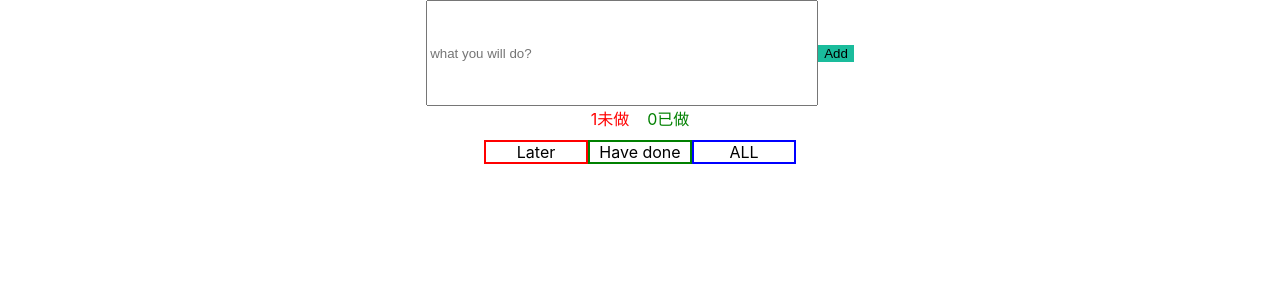
Repository: yurensmile/todolist
Page: /, after clicking the first element matching `button`
These files come from the project's save history. The page is drawn as it stood at one moment and after the next save; the edit follows.
The browser window is 1280 px wide. The pictures show the whole page.
The project was rebuilt for these pictures with package versions that can differ from the ones it lists, and the page was loaded fresh each time. Also part of the build but not shown: src/All.js, src/HaveDone.js.

Above is the page before, as saved 2019-03-20 17:03:20.

### src/App.js
import React, { Component } from 'react';
import Todos from './Todos'
import './App.css';

class App extends Component {

  constructor() {
    super();
    this.state={
      inputValue: '',
      laters: [],
      havedones: [],
      checked: false,
      id: 1
    };
    this.updateHavedone = this.updateHavedone.bind(this);
    this.updateLaters = this.updateLaters.bind(this);
  }

  handleOnClick() {
    this.setState(state =>{
      const laters = state.laters.concat(state.inputValue);

      return {
        laters,
        inputValue: ""
      }
    })
    console.log(this.state.all);
  }
  updateInputValue(e) {
    this.setState({
      inputValue: e.target.value
    })
  }

// 点击了三栏内容
  contentOnclick(e) {
    let choice = e.target.innerHTML;
    this.setState((preState)=>{
      switch(choice){
        case "Later": return {id: 1};
        case "Have done": return {id: 2};
        case "ALL": return {id: 3};
        default: return {id:1};
      }
    })
  }

 // 如果todo中的某个被点击，则在todo中删除，并添加到havedone中
  updateHavedone(index, item){
    this.setState(state => {
      let n = state.laters.indexOf(item);
      let tem = state.laters.slice();
      tem.splice(n, 1);
      let havedones = state.havedones.concat(item);
      return ({
        havedones,
        laters: tem
      })
    })
  }

// 如果havedone中的某个被点击，则在havedone中删除，并添加到later中
  updateLaters(index, item){
    console.log("this is updatelaters");
    this.setState(state => {
      let n = state.havedones.indexOf(item);
      let tem = state.havedones.slice();
      tem.splice(n, 1);
      let laters = state.laters.concat(item);
      return({
        laters,
        havedones: tem
      })
    })
  }

  render() {
    return (
      <div className="App">
        <input type="text" placeholder="what you will do?" name="todo" value={this.state.inputValue} onChange={this.updateInputValue.bind(this)}/>
        <button onClick={this.handleOnClick.bind(this)}>Add</button><br/>
        <span style={{color: "red"}}>{this.state.laters.length}未做&nbsp;&nbsp;&nbsp;&nbsp;</span>
        <span style={{color: "green"}}>{this.state.havedones.length}已做</span>
        <div id="content" onClick={this.contentOnclick.bind(this)}>
          <div className="choice later">Later</div>
          <div className="choice havedone" >Have done</div>
          <div className="choice all">ALL</div>
        </div>
        {/* 列表内容 */}
        <Todos
          id={this.state.id}
          laters={this.state.laters}
          havedones={this.state.havedones}
          all={this.state.all}
          updateHavedones={this.updateHavedone}
          updateLaters={this.updateLaters}
        />
      </div>
    );
  }
}

export default App;

### src/Todos.js
import React, { Component } from 'react';
import All from './All'
import HaveDone from './HaveDone'
import Later from './Later'

class Todos extends Component{

  render(){
    return(
      <div>
        {
          (()=>{
            switch(this.props.id){
              case 1: return <Later laters={this.props.laters}
                                  updateHavedones={this.props.updateHavedones}
                                  />;
              case 2: return <HaveDone havedones={this.props.havedones}
                                  updateLaters={this.props.updateLaters}
                                  />;
              case 3: return <All laters={this.props.laters} havedones={this.props.havedones}/>
              default: console.log("sofunny");
            }

          })()}
      </div>
    )
  }
}
export default Todos;

### src/App.css
.App {
  text-align: center;
}

input[type="checkbox"]{
  visibility: hidden;
}

ul{
  list-style-type: none;
}
li{
  display: inline-block;
  width: 100px;
  height: 40px;
  line-height: 30px;
  height: 30px;
  margin-bottom: 4px;
}
.choice{
  margin-top: 10px;
  display: inline-block;
  width: 100px;
  text-align: center;
  border:2px solid rgb(197, 193, 193);
}
.later{
  border-color: red;
}
.havedone{
  border-color: green;
}
.all{
  border-color: blue;
}

.toggle{
  display: inline-block;
}
.App-link {
  color: #61dafb;
}
input[type="text" ]{
  width: 30%;
  height: 100px;
}

button{
  background-color: rgba(26, 188, 156,1.0);
  border: 0px;
}

### src/Later.js
import React, { Component } from 'react';

class Later extends Component{
  constructor(props){
    super(props);
    this.state = {
      checked: false,
    };
  }

  // 点击了todo 列表的内容
  handleTodoOnclick(checked, index, item, e){
    // if e.target is not text
        // let box = e.target.previousSibling;
        this.setState((preState)=>{
          return {checked: !preState.checked}
        });
        if(checked){
          // thing to later
          // box.checked = false;
        }else{
          // thing to have done
          // box.checked = true;
  //如果later中的某个被点击，则在later中删除，并添加到havedone中
          this.props.updateHavedones(index, item);
        }
      }
  render(){
    return (
      <ul>
        {this.props.laters.map((item, index)=>{
          return (
            <div onClick={
              this.handleTodoOnclick.bind(this, this.state.checked, index, item)
              }>
              <input className="toggle" type="checkbox"/>
              <li style={{color: "red"}} key={index}>{item}</li>
            </div>
          )
        })}
      </ul>
    )
  }
}

export default Later;

Loaded but not shown: public/index.html (common file); src/index.js (common file); src/index.css (common file); src/serviceWorker.js (common file)

After the next save:
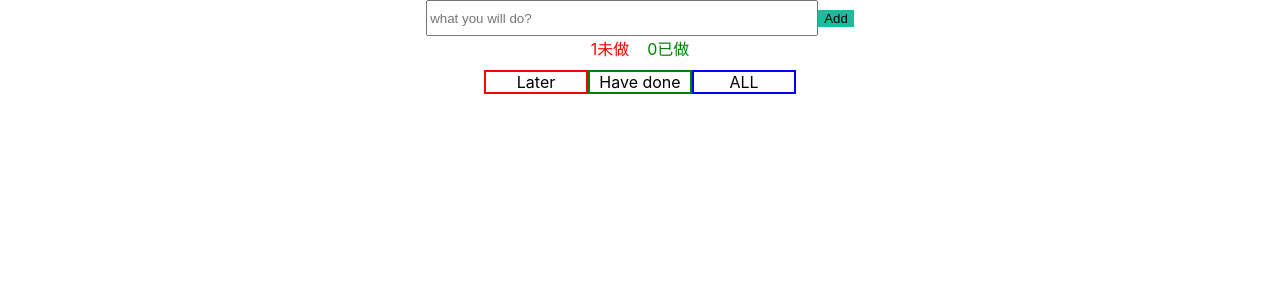
Saved 5 s later.
--- a/src/App.css
+++ b/src/App.css
@@ -42,7 +42,7 @@ li{
 }
 input[type="text" ]{
   width: 30%;
-  height: 100px;
+  height: 30px;
 }
 
 button{
